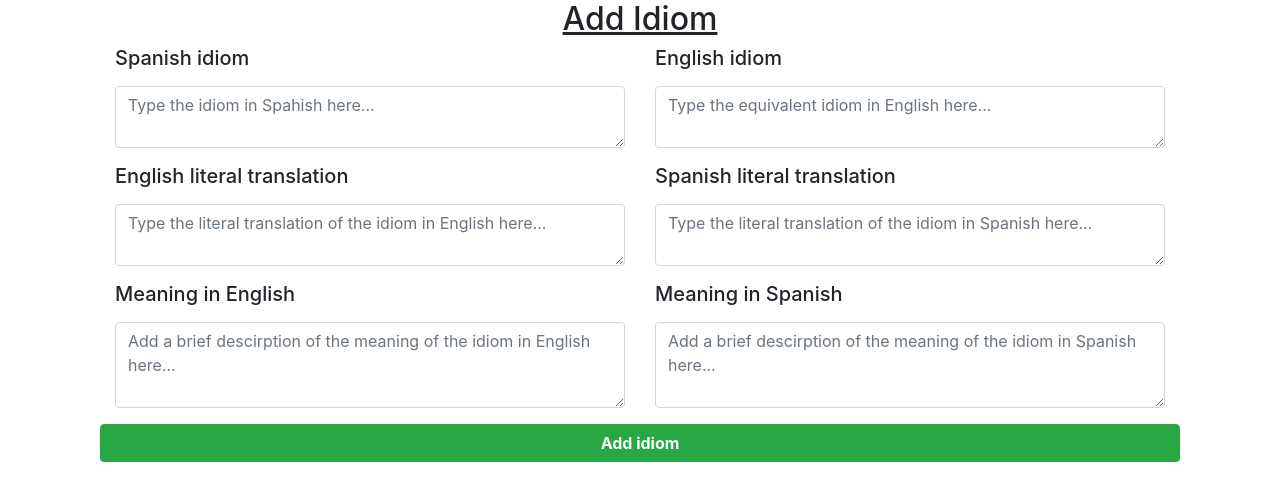
Repository: JK27/idioms-english-spanish
Page: http://localhost/add_idiom
The author's editor kept a record of every edit. The page is drawn from the files as they stood at one moment, then again after the next edit.
The browser window is 1280 px wide. The pictures show the whole page.
The page is served by the project's application, run on Flask 3 (idioms.py).

Above is the page before.
Console error: TypeError: Cannot read properties of undefined (reading 'fn')

After the next edit:
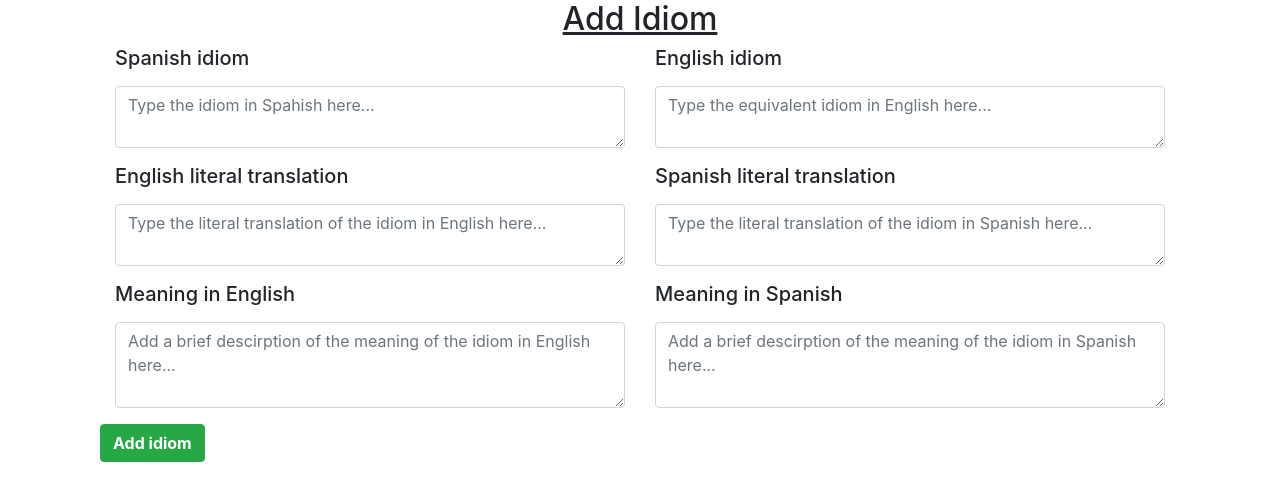
The edit:
--- a/templates/addidiom.html
+++ b/templates/addidiom.html
@@ -39,7 +39,8 @@
                 </div>
             </div>
 
-            <button type="button" class="btn btn-success btn-block"><strong>Add idiom</strong></button>
+            <div class="row">
+            <button type="button" class="btn btn-success btn-block" type="submit" name="action"><strong>Add idiom</strong></button>
 
 
 

After the edit that followed:
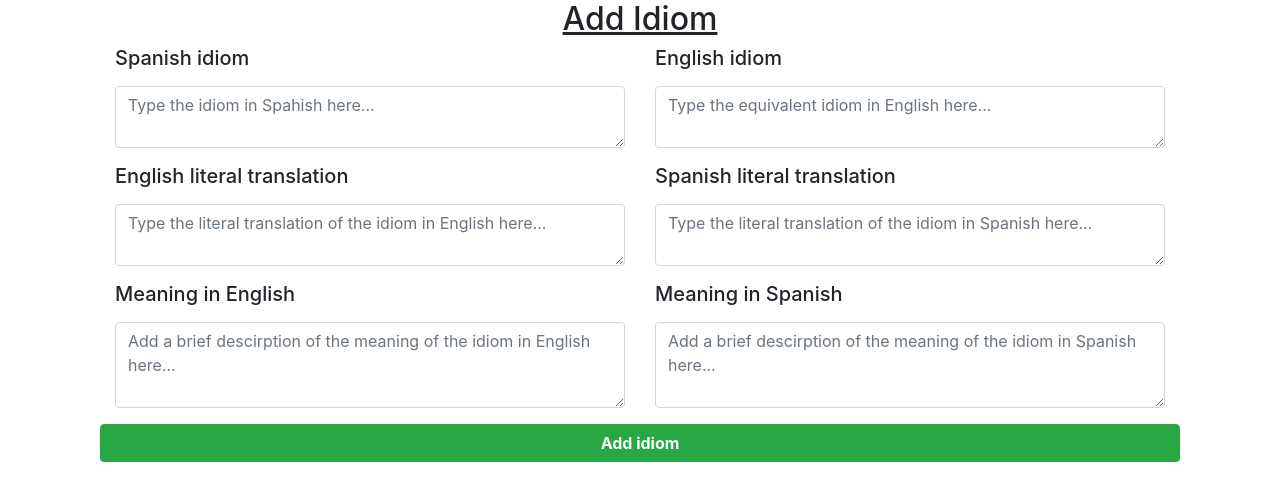
The edit:
--- a/templates/addidiom.html
+++ b/templates/addidiom.html
@@ -39,7 +39,6 @@
                 </div>
             </div>
 
-            <div class="row">
             <button type="button" class="btn btn-success btn-block" type="submit" name="action"><strong>Add idiom</strong></button>
 
 
